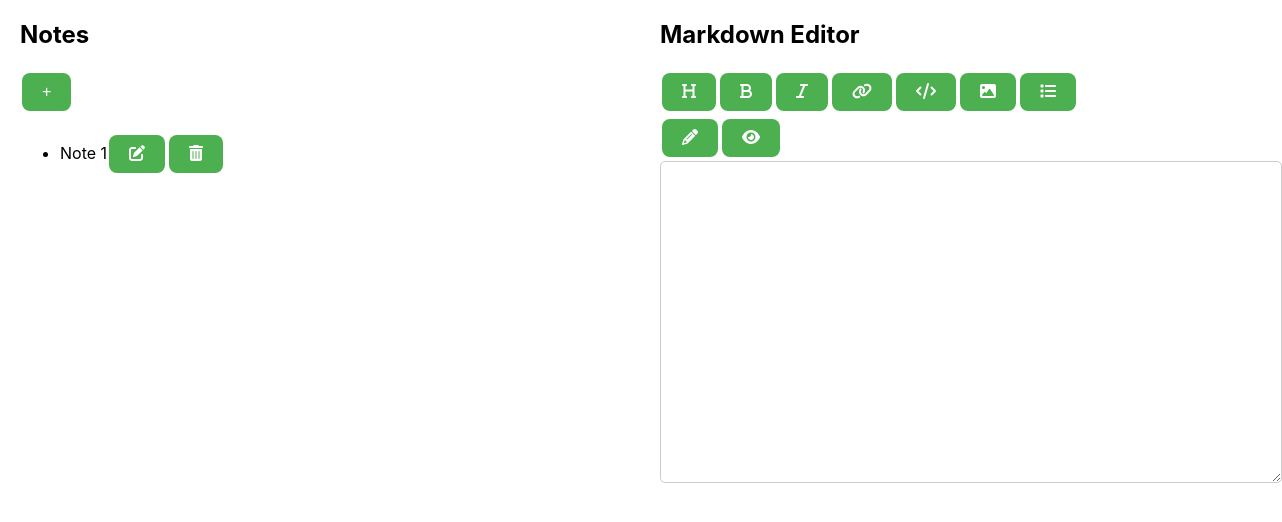
Repository: sriram1224/markdown_editor
Page: /
An editor plug-in stored every save of this project. The page is shown before and after the next save, followed by the edit.
The browser window is 1280 px wide. The page is 1282 px wide, then 1280 px, so the pictures cover 1282 px, including what lies to the right of the window. The pictures show the whole page.
The project was rebuilt for these pictures with package versions that can differ from the ones it lists, and the page was loaded fresh each time.

Above is the page before, as saved 2024-04-22 23:03:50.

### src/App.js
import "./App.css";
import MarkdownEditor from './Components/Markdown';
function App() {
  return (
    <div>
     <MarkdownEditor />
    </div>
  );
}

export default App;

### src/App.css
/* styles.css */

/* Layout styles */
.container {
  display: flex;
}

.notes-container {
  width: 50%;
  padding: 20px;
}

.markdown-container {
  width: 50%;
  padding: 20px;
}

h2 {
  margin-top: 0;
}

/* Button styles */
.button {
  background-color: #4CAF50;
  /* Green */
  border: none;
  color: white;
  padding: 10px 20px;
  text-align: center;
  text-decoration: none;
  display: inline-block;
  font-size: 16px;
  margin: 4px 2px;
  transition-duration: 0.4s;
  cursor: pointer;
  border-radius: 8px;
}

.button:hover {
  background-color: #45a049;
  /* Darker Green */
}

/* Textarea styles */
.textarea {
  width: 100%;
  height: 300px;
  padding: 10px;
  border: 1px solid #ccc;
  border-radius: 5px;
  font-size: 16px;
}

/* Markdown content styles */
.markdown-content {
  padding: 10px;
  border: 1px solid #ccc;
  border-radius: 5px;
  font-size: 16px;
}

/* Icon styles */
.icon {
  color: #4CAF50;
  /* Green */
  cursor: pointer;
}

.icon:hover {
  color: #45a049;
  /* Darker Green */
}

### src/Components/Markdown.js
import React, { useState, useRef } from 'react';
import ReactMarkdown from 'react-markdown';
import { FontAwesomeIcon } from '@fortawesome/react-fontawesome';
import { faHeading, faBold, faItalic, faLink, faCode, faImage, faList, faEdit, faTrashAlt, faEye, faPencilAlt } from '@fortawesome/free-solid-svg-icons';


const MarkdownEditor = () => {
  const [notes, setNotes] = useState([{ id: 1, content: '' }]);
  const [currentNoteId, setCurrentNoteId] = useState(1);
  const [markdownContent, setMarkdownContent] = useState('');
  const [showEditor, setShowEditor] = useState(true);

  const textareaRef = useRef();

  const handleNoteAdd = () => {
    const newNoteId = (notes[notes.length - 1]?.id || 0) + 1;
    setNotes([...notes, { id: newNoteId, content: '' }]);
    setCurrentNoteId(newNoteId);
    setMarkdownContent('');
    setShowEditor(true);
  };

  const handleNoteChange = (id, content) => {
    const updatedNotes = notes.map((note) =>
      note.id === id ? { ...note, content } : note
    );
    setNotes(updatedNotes);
  };

  const handleEditorChange = (content) => {
    setMarkdownContent(content);
    handleNoteChange(currentNoteId, content);
  };

  const handleNoteClick = (id) => {
    const note = notes.find(note => note.id === id);
    if (note) {
      setCurrentNoteId(id);
      setMarkdownContent(note.content);
      setShowEditor(true);
    }
  };

  const handleMarkdownFeatureClick = (feature) => {
    const markdownSnippet = {
      heading: '# heading\n',
      bold: '**bold text**\n',
      italic: '*italic text*\n',
      link: '[link text](http://example.com)\n',
      code: '`code`\n',
      image: '![alt text](image.jpg)\n',
      list: '- list item\n',
    }[feature];

    const cursorPosition = textareaRef.current.selectionStart;
    const newMarkdownContent = [
      markdownContent.slice(0, cursorPosition),
      markdownSnippet,
      markdownContent.slice(cursorPosition),
    ].join('');

    setMarkdownContent(newMarkdownContent);
    handleNoteChange(currentNoteId, newMarkdownContent);
  };

  const handleNoteDelete = (id) => {
    setNotes(notes.filter(note => note.id !== id));
    if (id === currentNoteId) {
      setCurrentNoteId(null);
      setMarkdownContent('');
      setShowEditor(false);
    }
  };

  return (
    <div className="container">
      <div className="notes-container">
        <h2>Notes</h2>
        <button className="button" onClick={handleNoteAdd}>+</button>
        <ul>
          {notes.map((note) => (
            <li key={note.id}>
              Note {note.id}
              <button className="button" onClick={() => handleNoteClick(note.id)}><FontAwesomeIcon icon={faEdit} /></button>
              <button className="button" onClick={() => handleNoteDelete(note.id)}><FontAwesomeIcon icon={faTrashAlt} /></button>
            </li>
          ))}
        </ul>
      </div>
      <div className="markdown-container">
        <h2>Markdown Editor</h2>
        <div>
          <button className="button" onClick={() => handleMarkdownFeatureClick('heading')}><FontAwesomeIcon icon={faHeading} /></button>
          <button className="button" onClick={() => handleMarkdownFeatureClick('bold')}><FontAwesomeIcon icon={faBold} /></button>
          <button className="button" onClick={() => handleMarkdownFeatureClick('italic')}><FontAwesomeIcon icon={faItalic} /></button>
          <button className="button" onClick={() => handleMarkdownFeatureClick('link')}><FontAwesomeIcon icon={faLink} /></button>
          <button className="button" onClick={() => handleMarkdownFeatureClick('code')}><FontAwesomeIcon icon={faCode} /></button>
          <button className="button" onClick={() => handleMarkdownFeatureClick('image')}><FontAwesomeIcon icon={faImage} /></button>
          <button className="button" onClick={() => handleMarkdownFeatureClick('list')}><FontAwesomeIcon icon={faList} /></button>
        </div>
        <div>
          <button className="button" onClick={() => setShowEditor(true)}><FontAwesomeIcon icon={faPencilAlt} /></button>
          <button className="button" onClick={() => setShowEditor(false)}><FontAwesomeIcon icon={faEye} /></button>
        </div>
        {showEditor ? (
          <textarea
            ref={textareaRef}
            value={markdownContent}
            onChange={(e) => handleEditorChange(e.target.value)}
            className="textarea"
          />
        ) : (
          <ReactMarkdown className="markdown-content">{markdownContent}</ReactMarkdown>
        )}
      </div>
    </div>
  );
};

export default MarkdownEditor;

Loaded but not shown: public/index.html (common file); src/index.js (common file); src/index.css (common file); src/reportWebVitals.js (common file)

After the next save:
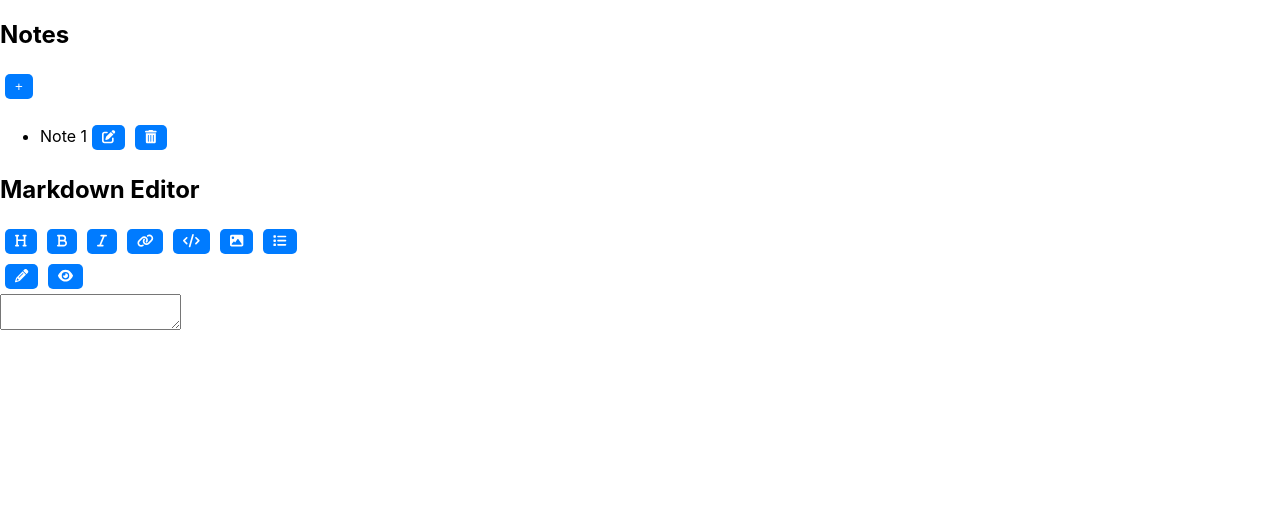
Saved 96 s later.
--- a/src/App.css
+++ b/src/App.css
@@ -1,72 +1,57 @@
-/* styles.css */
-
-/* Layout styles */
-.container {
+.markdown-editor {
   display: flex;
+  justify-content: space-between;
 }
 
-.notes-container {
-  width: 50%;
+.notes-section {
+  width: 45%;
+  background-color: #f5f5f5;
   padding: 20px;
+  border-radius: 10px;
 }
 
-.markdown-container {
-  width: 50%;
-  padding: 20px;
+.notes-section h2 {
+  color: #333;
 }
 
-h2 {
-  margin-top: 0;
+.notes-section ul {
+  list-style-type: none;
+  padding: 0;
 }
 
-/* Button styles */
-.button {
-  background-color: #4CAF50;
-  /* Green */
-  border: none;
-  color: white;
-  padding: 10px 20px;
-  text-align: center;
-  text-decoration: none;
-  display: inline-block;
-  font-size: 16px;
-  margin: 4px 2px;
-  transition-duration: 0.4s;
-  cursor: pointer;
-  border-radius: 8px;
+.notes-section ul li {
+  margin: 10px 0;
 }
 
-.button:hover {
-  background-color: #45a049;
-  /* Darker Green */
+.editor-section {
+  width: 45%;
+  background-color: #f5f5f5;
+  padding: 20px;
+  border-radius: 10px;
 }
 
-/* Textarea styles */
-.textarea {
+.editor-section h2 {
+  color: #333;
+}
+
+.editor-section textarea {
   width: 100%;
   height: 300px;
+  border-radius: 10px;
   padding: 10px;
-  border: 1px solid #ccc;
-  border-radius: 5px;
   font-size: 16px;
 }
 
-/* Markdown content styles */
-.markdown-content {
-  padding: 10px;
-  border: 1px solid #ccc;
+button {
+  margin: 5px;
+  padding: 5px 10px;
+  border: none;
   border-radius: 5px;
-  font-size: 16px;
-}
-
-/* Icon styles */
-.icon {
-  color: #4CAF50;
-  /* Green */
+  background-color: #007bff;
+  color: white;
   cursor: pointer;
 }
 
-.icon:hover {
-  color: #45a049;
-  /* Darker Green */
+button:hover {
+  background-color: #0056b3;
 }
